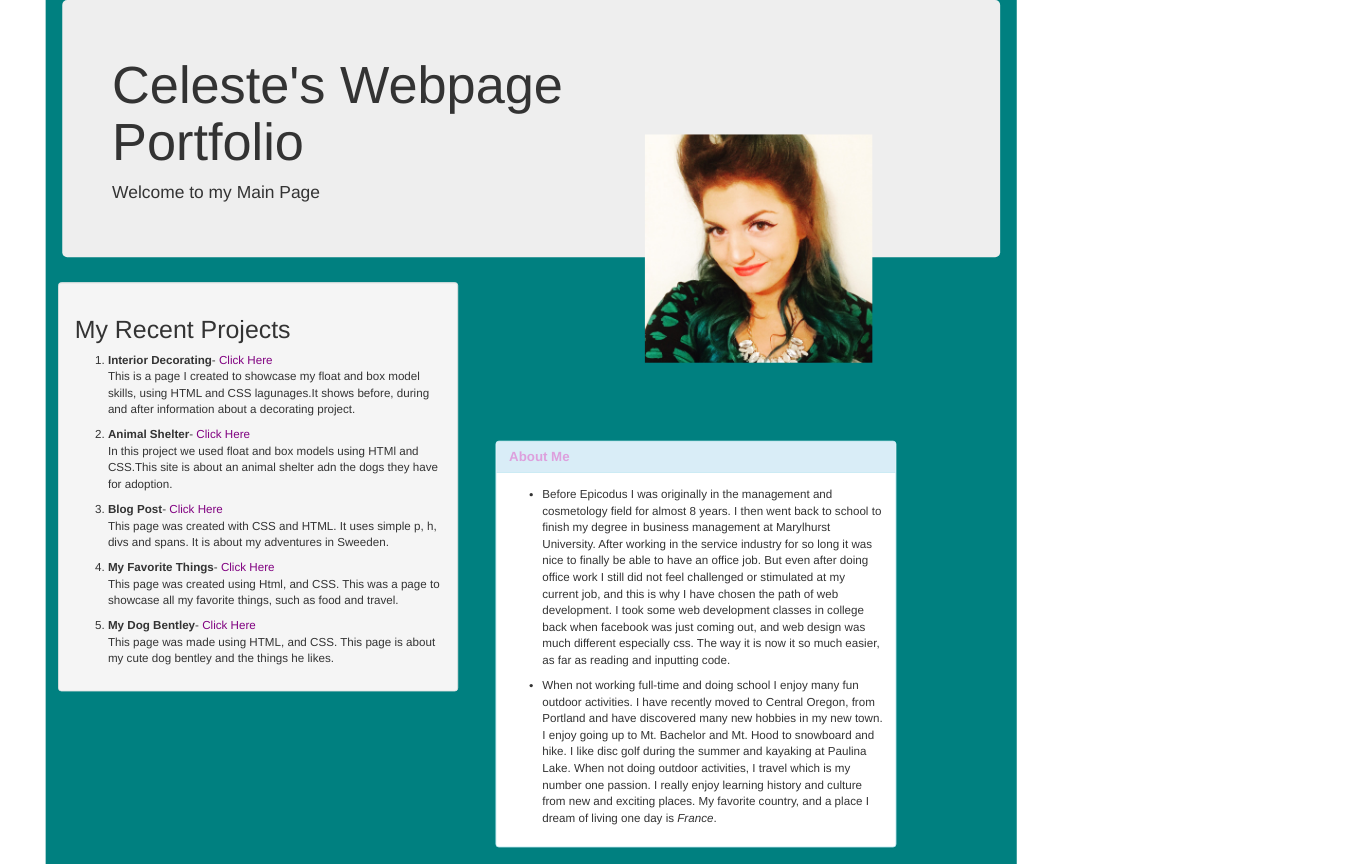
Repository: fieldceleste/portfolio-celeste
Page: portfolio-celeste.html
These files come from the project's save history. The page is drawn as it stood at one moment and after the next save; the edit follows.
The browser window is 1280 px wide. The page is 1637 px wide, so the pictures cover 1637 px, including what lies to the right of the window. The pictures show the whole page, at 83% of full size.

Above is the page before, as saved 2019-11-01 23:11:38.

### portfolio-celeste.html
<!DOCTYPE html>
<html>
  <head>
    <title>Celeste Field's Portfolio</title>
  <link href="css/bootstrap.css" rel="stylesheet" type="text/css">
  <link href="css/styles.css" rel="stylesheet" type="text/css">

 <body>
    <div class="container">
      <div class="jumbotron">
        <h1><img src="img/celeste.jpeg" class="img" alt="photo of celeste field"> Celeste's Webpage Portfolio </h1>
        <p>Welcome to my Main Page</p>
    </div>
    <div class="row">
      <div class="col-md-4">
        <div class="well">
         <h2>My Recent Projects</h2>
                <ol>
                 <li><strong>Interior Decorating</strong>- <a herf="https://github.com/fieldceleste/interior-decorator"><span class="click">Click Here</span></a><p>This is a page I created to showcase my float and box model skills, using HTML and CSS lagunages.It shows before, during and after information about a decorating project.</p></li>
                  <li><strong>Animal Shelter</strong>- <a herf="https://github.com/fieldceleste/animal-shelter"><span class="click">Click Here</span></a><p>In this project we used float and box models using HTMl and CSS.This site is about an animal shelter adn the dogs they have for adoption. </p></li>
                  <li> <strong>Blog Post</strong>- <a herf="https://github.com/fieldceleste/blog-post"><span class="click">Click Here</span></a><p>This page was created with CSS and HTML. It uses simple p, h, divs and spans. It is about my adventures in Sweeden. </p></li>
                  <li><strong>My Favorite Things</strong>- <a herf="https://github.com/fieldceleste/my-first-webpage/blob/master/my-favorite-foods.html"><span class="click">Click Here</span></a><p>This page was created using Html, and CSS. This was a page to showcase all my favorite things, such as food and travel.</p></li>
                  <li><strong>My Dog Bentley</strong>- <a herf="https://github.com/fieldceleste/Bentley"><span class="click">Click Here</span></a><p>This page was made using HTML, and CSS. This page is about my cute dog bentley and the things he likes.</p></li>
                </ol>
              </div>
            </div>
            <div class="col-md-4">
              <div class="panel panel-info">
                <div class="panel-heading">
                  <h2 class="panel-title"><strong>About Me</strong></h2>
                    </div>
                      <div class="panel-body">
                      <ul>
                        <li><p>Before Epicodus I was originally in the management and cosmetology field for almost 8 years. I then went back to school to finish my degree in business management at Marylhurst University. After working in the service industry for so long it was nice to finally be able to have an office job. But even after doing office work I still did not feel challenged or stimulated at my current job, and this is why I have chosen the path of web development. I took some web development classes in college back when facebook was just coming out, and web design was much different especially css.  The way it is now it so much easier, as far as reading and inputting code. </p></li>

                       <li><p>When not working full-time and doing school I enjoy many fun outdoor activities. I have recently moved to Central Oregon, from Portland and have discovered many new hobbies in my new town.  I enjoy going up to Mt. Bachelor and Mt. Hood to snowboard and hike. I like disc golf during the summer and kayaking at Paulina Lake. When not doing outdoor activities, I travel which is my number one passion. I really enjoy learning history and culture from new and exciting places. My favorite country, and a place I dream of living one day is <em>France</em>. </p></li>
                     </ul>
                      </div>
                    </div>
                  </div>

    </body>
</html>

### css/styles.css
img{
float:right;
width: 45%;
height:45%;
padding: 90px;
margin: 4px;
}
.projects ul li{
     display:block;

}
.projects ul li a{
    color:purple;
    cursor: hand;

}
.click{
    Color:purple;
    font-style: unset;


}

Loaded but not shown: css/bootstrap.css (library)

After the next save:
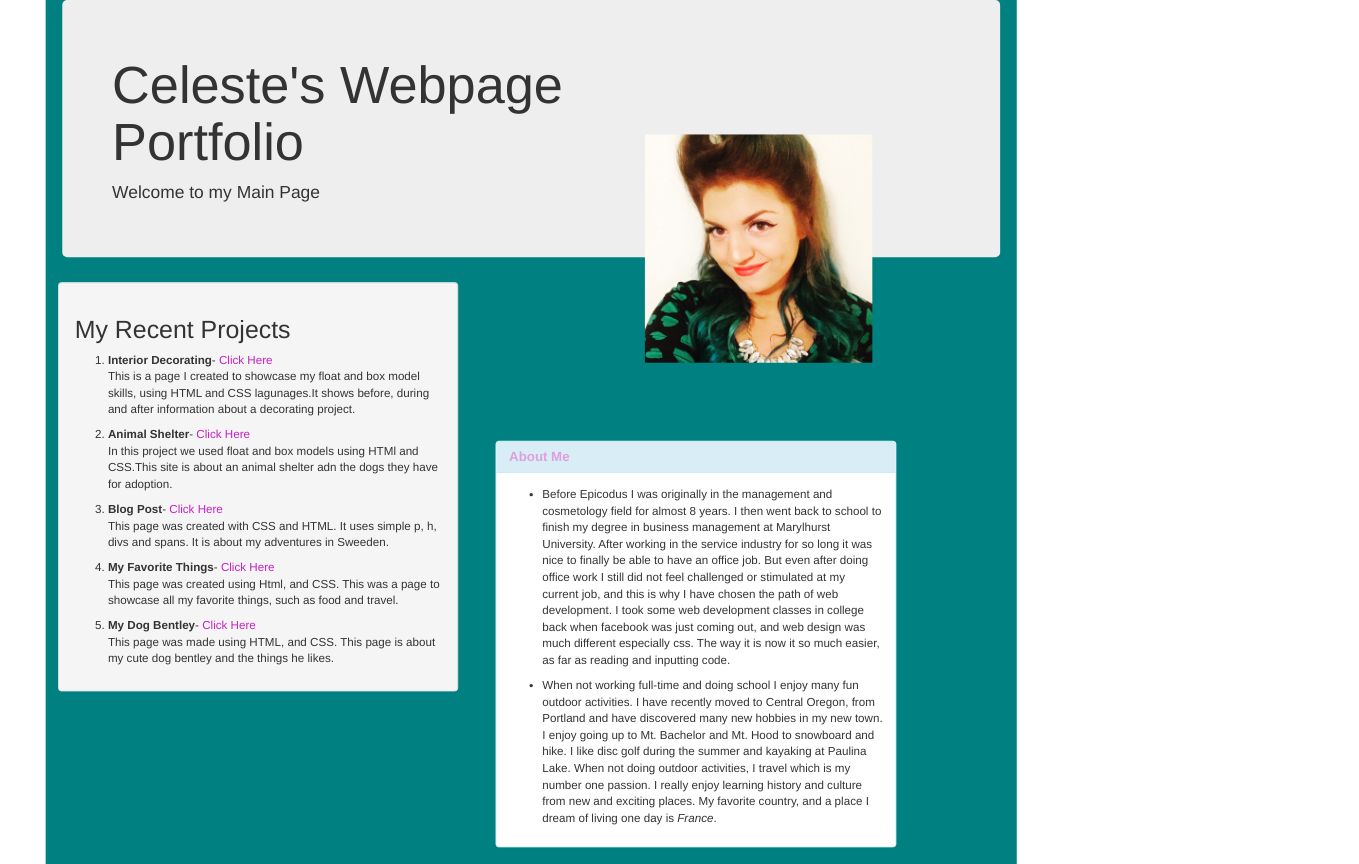
Saved 18 s later.
--- a/css/styles.css
+++ b/css/styles.css
@@ -15,7 +15,7 @@ margin: 4px;
 
 }
 .click{
-    Color:purple;
+    Color:rgb(196, 32, 196);
     font-style: unset;
 
 
